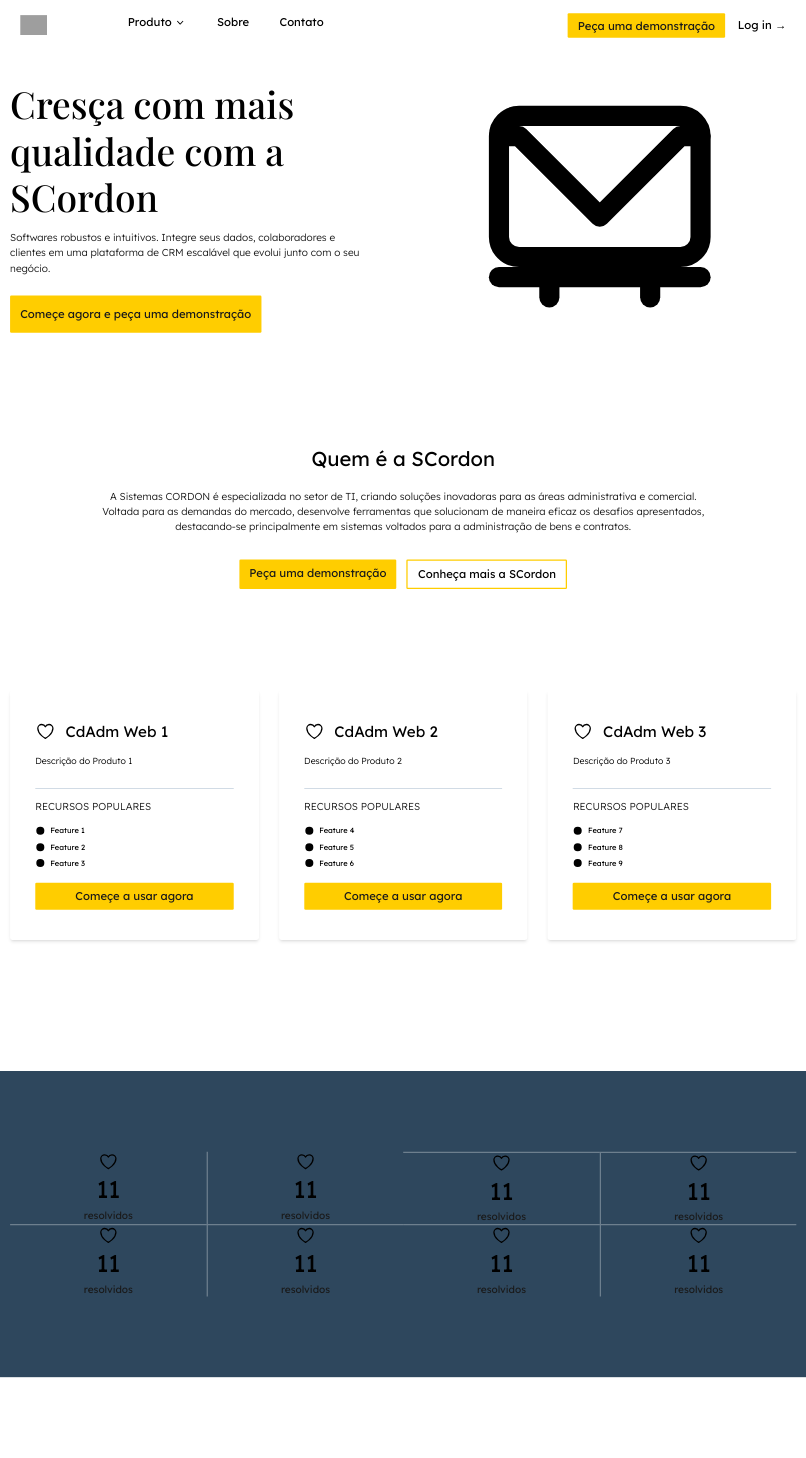
Repository: VereAbsolutum/site-institucional
Page: /
These files come from the project's save history. The page is drawn as it stood at one moment and after the next save; the edit follows.
The browser window is 1280 px wide. The pictures show the whole page, at 63% of full size.
Pictures or frames that could not be fetched are drawn as grey boxes. The project was rebuilt for these pictures with package versions that can differ from the ones it lists, and the page was loaded fresh each time. Also part of the build but not shown: vite.config.ts, src/presentation/components/buttons/button-base.tsx, src/presentation/components/buttons/button-border-primary.tsx, src/presentation/components/buttons/button-primary.tsx, src/presentation/components/links/link-border-white.tsx, src/presentation/components/typography/heading3.tsx, src/presentation/pages/not-found/notFound.tsx.

Above is the page before, as saved 2023-04-15 22:40:31.

### src/App.tsx
import React from 'react'
import { BrowserRouter, Routes, Route } from "react-router-dom"
import { Home, NotFound } from './presentation/pages'

const App: React.FC = () => {
  return (
    <BrowserRouter >
      <Routes>
        <Route path='/' element={<Home />} />
        <Route path='*' element={<NotFound />} />
      </Routes>
    </BrowserRouter>
  )
}

export default App

### src/index.css
@import url('https://fonts.googleapis.com/css2?family=Lexend+Deca:wght@300;400&family=Manrope:wght@800&family=Playfair+Display:wght@500&display=swap');

@tailwind base;
@tailwind components;
@tailwind utilities;

### src/presentation/pages/index.ts
export { default as Home } from './home/home'
export { default as NotFound } from './not-found/notFound'

### src/presentation/pages/home/home.tsx
import { HeartIcon } from '@heroicons/react/24/outline';
import React from 'react';
import { Header, LinkBorderPrimary, LinkPrimary, TextDisplay, TextHeading1, TextHeading2, TextHeading3, TextMenu, TextParagraph } from '../../components';
import ProductCard from '../../components/card/product-card';
import { productCardData } from './components';

const home: React.FC = () => {
    return (
        <>
            <Header />
            <main>
                <section className='container py-12 mb-12'>
                    <div className='grid grid-cols-1 sm:grid-cols-2'>
                        <div className='grid grid-cols-1 gap-4 order-2 sm:order-1'>
                            <h1>
                                <TextDisplay>
                                    Cresça com mais qualidade com a SCordon
                                </TextDisplay>
                            </h1>
                            <p className='mb-4 pr-12'>
                                <TextParagraph>
                                    Softwares robustos e intuitivos. Integre seus dados, colaboradores e clientes em uma plataforma de CRM escalável que evolui junto com o seu negócio.
                                </TextParagraph>
                            </p>
                            <div>
                                <LinkPrimary className='py-4 block md:inline-block text-center lg:text-left hidden'>
                                    Começe agora e peça uma demonstração
                                </LinkPrimary>
                                <LinkPrimary className='py-4 block md:hidden text-center lg:text-left'>
                                    Peça uma demonstração
                                </LinkPrimary>
                            </div>
                        </div>
                        <div className='flex justify-center items-center order-1 sm:order-2'>
                            <svg xmlns="http://www.w3.org/2000/svg" width="150" height="150" viewBox="0 0 24 24" fill="none" stroke="currentColor" strokeWidth="2" strokeLinecap="round" strokeLinejoin="round" className="w-full h-auto sm:max-w-sm">
                                <rect x="2" y="3" width="20" height="14" rx="2" ry="2"></rect>
                                <path d="M22 5H20L12 13L4 5H2"></path>
                                <line x1="2" y1="19" x2="22" y2="19"></line>
                                <line x1="7" y1="19" x2="7" y2="21"></line>
                                <line x1="17" y1="19" x2="17" y2="21"></line>
                            </svg>
                        </div>
                    </div>
                </section>


                <section className='container py-20'>
                    <div className='text-center lg:px-36'>
                        <h2 className='mb-6'>
                            <TextHeading2>
                                Quem é a SCordon
                            </TextHeading2>
                        </h2>
                        <p className='mb-10'>
                            <TextParagraph>
                                A Sistemas CORDON é especializada no setor de TI, criando soluções inovadoras para as áreas administrativa e comercial. Voltada para as demandas do mercado, desenvolve ferramentas que solucionam de maneira eficaz os desafios apresentados, destacando-se principalmente em sistemas voltados para a administração de bens e contratos.
                            </TextParagraph>
                        </p>

                        <div className='flex flex-col sm:flex-row sm:justify-center gap-4'>
                            <LinkPrimary className='py-2'>
                                <TextMenu>
                                    Peça uma demonstração
                                </TextMenu>
                            </LinkPrimary>
                            <LinkBorderPrimary className='py-2'>
                                <TextMenu>
                                    Conheça mais a SCordon
                                </TextMenu>
                            </LinkBorderPrimary>
                        </div>
                    </div>
                </section>

                <section className='container py-20 mb-32'>
                    <div className='grid grid-cols-1 gap-8 md:grid-cols-2 lg:grid-cols-3'>
                        {productCardData && productCardData.map((data, index) =>
                            <ProductCard key={index} {...data} />
                        )}
                    </div>
                </section>

                {/* <section className='container py-20 mb-32'>
                    <div className='grid grid-cols-2 md:grid-cols-4 gap-6'>
                        <div className='flex flex-col items-center'>
                            <p>
                                <HeartIcon className="w-8 h-auto text-blue-500" />
                            </p>
                            <h3>
                                <TextHeading1>11</TextHeading1>
                            </h3>
                            <p>
                                <TextParagraph className='font-500'>
                                    resolvidos
                                </TextParagraph>
                            </p>
                        </div>

                        <div className='flex flex-col items-center'>
                            <p>
                                <HeartIcon className="w-8 h-auto text-blue-500" />
                            </p>
                            <h3>
                                <TextHeading1>11</TextHeading1>
                            </h3>
                            <p>
                                <TextParagraph className='font-500'>
                                    resolvidos
                                </TextParagraph>
                            </p>
                        </div>

                        <div className='flex flex-col items-center'>
                            <p>
                                <HeartIcon className="w-8 h-auto text-blue-500" />
                            </p>
                            <h3>
                                <TextHeading1>11</TextHeading1>
                            </h3>
                            <p>
                                <TextParagraph className='font-500'>
                                    resolvidos
                                </TextParagraph>
                            </p>
                        </div>

                        <div className='flex flex-col items-center'>
                            <p>
                                <HeartIcon className="w-8 h-auto text-blue-500" />
                            </p>
                            <h3>
                                <TextHeading1>11</TextHeading1>
                            </h3>
                            <p>
                                <TextParagraph className='font-500'>
                                    resolvidos
                                </TextParagraph>
                            </p>
                        </div>

                        <div className='flex flex-col items-center'>
                            <p>
                                <HeartIcon className="w-8 h-auto text-blue-500" />
                            </p>
                            <h3>
                                <TextHeading1>11</TextHeading1>
                            </h3>
                            <p>
                                <TextParagraph className='font-500'>
                                    resolvidos
                                </TextParagraph>
                            </p>
                        </div>

                        <div className='flex flex-col items-center'>
                            <p>
                                <HeartIcon className="w-8 h-auto text-blue-500" />
                            </p>
                            <h3>
                                <TextHeading1>11</TextHeading1>
                            </h3>
                            <p>
                                <TextParagraph className='font-500'>
                                    resolvidos
                                </TextParagraph>
                            </p>
                        </div>

                        <div className='flex flex-col items-center'>
                            <p>
                                <HeartIcon className="w-8 h-auto text-blue-500" />
                            </p>
                            <h3>
                                <TextHeading1>11</TextHeading1>
                            </h3>
                            <p>
                                <TextParagraph className='font-500'>
                                    resolvidos
                                </TextParagraph>
                            </p>
                        </div>

                        <div className='flex flex-col items-center'>
                            <p>
                                <HeartIcon className="w-8 h-auto text-blue-500" />
                            </p>
                            <h3>
                                <TextHeading1>11</TextHeading1>
                            </h3>
                            <p>
                                <TextParagraph className='font-500'>
                                    resolvidos
                                </TextParagraph>
                            </p>
                        </div>
                    </div>
                </section> */}


                <section className="container py-20 mb-32 py-32 bg-blue">
                    <div className="grid grid-cols-2 md:grid-cols-4">
                        {Array.from({ length: 8 }, (_, i) => (
                            <div
                                key={i}
                                className={`flex flex-col items-center border-white border-opacity-30 ${i % 2 !== 0 ? "border-l-2" : ""
                                    } ${Math.floor(i / 2) !== 0 ? "border-t-2" : ""}`}
                            >
                                <p>
                                    <HeartIcon className="w-8 h-auto text-blue-500" />
                                </p>
                                <h3>
                                    <TextHeading1>11</TextHeading1>
                                </h3>
                                <p>
                                    <TextParagraph className="font-500">resolvidos</TextParagraph>
                                </p>
                            </div>
                        ))}
                    </div>
                </section>

            </main>
        </>
    );
};

export default home;

### src/presentation/components/index.ts
export { default as Header } from './header/header'

export { default as ButtonBase } from './buttons/button-base'
export { default as ButtonBorderPrimary } from './buttons/button-border-primary'
export { default as ButtonPrimary } from './buttons/button-primary'

export { default as LinkBase } from './links/link-base'
export { default as LinkPrimary } from './links/link-primary'
export { default as LinkBorderPrimary } from './links/link-border-primary'
export { default as LinkBorderWhite } from './links/link-border-white'

export { default as TextBase } from './typography/text-base'
export { default as TextDisplay } from './typography/display'
export { default as TextHeading1 } from './typography/heading1'
export { default as TextHeading2 } from './typography/heading2'
export { default as TextHeading3 } from './typography/heading3'
export { default as TextParagraph } from './typography/paragraph'
export { default as TextParagraphSmall } from './typography/paragraph-small'
export { default as TextCaption } from './typography/caption'
export { default as TextMenu } from './typography/menu'

export { default as List } from './list/list'

### src/presentation/pages/home/components/index.ts
export * from './product-card-data'

### src/presentation/components/links/link-base.tsx
import React from 'react';

export type LinkBaseProps = React.AnchorHTMLAttributes<HTMLAnchorElement> & {
    className?: string;
};

const linkBase: React.FC<LinkBaseProps> = ({ children, className, ...rest }) => {
    const baseClasses =
        'duration-500 ease-in-out font-semibold cursor-pointer rounded-sm hover:bg-blue-700 focus:outline-none focus:ring-2 focus:ring-blue-400 focus:ring-opacity-75';

    return (
        <a className={`${baseClasses} ${className}`} {...rest}>
            {children}
        </a>
    );
};

export default linkBase;

### src/presentation/components/links/link-primary.tsx
// FilledButton.tsx
import React from 'react';
import { LinkBase } from '..';
import { LinkBaseProps } from './link-base';

const linkPrimary: React.FC<LinkBaseProps> = ({ className, ...rest }) => {
    const baseClasses = 'px-4 py-1 text-lg font-400 text-black duration-100 bg-yellow hover:bg-opacity-40 ';

    return <LinkBase className={`${baseClasses} ${className}`} {...rest} />;
};

export default linkPrimary;

### src/presentation/components/links/link-border-primary.tsx
// FilledButton.tsx
import React from 'react';
import { LinkBase } from '..';
import { LinkBaseProps } from './link-base';

const linkBorderPrimary: React.FC<LinkBaseProps> = ({ className, ...rest }) => {
    const baseClasses = 'px-4 py-1 hover:bg-yellow-300 duration-500 ease-in-out border border-solid border-2 border-yellow bg-transparent border text-blue-500';

    return <LinkBase className={`${baseClasses} ${className}`} {...rest} />;
};

export default linkBorderPrimary;

### src/presentation/components/typography/text-base.tsx
import React from 'react';

export type TextBaseProps = React.HTMLAttributes<HTMLSpanElement> & {
    className?: string;
};

const textBase: React.FC<TextBaseProps> = ({ children, className, ...rest }) => {
    const baseClasses = '';

    return (
        <span className={`${baseClasses} ${className}`} {...rest}>
            {children}
        </span>
    );
};

export default textBase;

### src/presentation/components/typography/display.tsx
import React from 'react';
import { TextBase } from '..';
import { TextBaseProps } from './text-base';

const textDisplay: React.FC<TextBaseProps> = ({ children, className, ...rest }) => {
    const baseClasses = 'text-[2.25rem] lg:text-3xl sm:pr-2 font-medium leading-tight font-display';

    return (
        <TextBase className={`${baseClasses} ${className}`} {...rest}>
            {children}
        </TextBase>
    );
};

export default textDisplay;

### src/presentation/components/typography/heading1.tsx
import React from 'react';
import { TextBase } from '..';
import { TextBaseProps } from './text-base';

const textHeading1: React.FC<TextBaseProps> = ({ children, className, ...rest }) => {
    const baseClasses = 'text-2xl font-semibold';

    return (
        <TextBase className={baseClasses}>
            {children}
        </TextBase>
    );
};

export default textHeading1;

### src/presentation/components/typography/heading2.tsx
import React from 'react';
import { TextBase } from '..';
import { TextBaseProps } from './text-base';

const textHeading2: React.FC<TextBaseProps> = ({ children, className, ...rest }) => {
    const baseClasses = 'text-xxl font-semibold';

    return (
        <TextBase className={baseClasses}>
            {children}
        </TextBase>
    );
};

export default textHeading2;

### src/presentation/components/typography/paragraph.tsx
import React from 'react';
import { TextBase } from '..';
import { TextBaseProps } from './text-base';

const textParagraph: React.FC<TextBaseProps> = ({ children, className, ...rest }) => {
    const baseClasses = 'text-base font-300 text-black';

    return (
        <TextBase className={`${baseClasses} ${className}`} {...rest}>
            {children}
        </TextBase>
    );
};

export default textParagraph;

### src/presentation/components/typography/paragraph-small.tsx
import React from 'react';
import { TextBase } from '..';
import { TextBaseProps } from './text-base';

const textParagraphSmall: React.FC<TextBaseProps> = ({ children, className, ...rest }) => {
    const baseClasses = 'text-sm font-300';

    return (
        <TextBase className={baseClasses} {...rest}>
            {children}
        </TextBase>
    );
};

export default textParagraphSmall;

### src/presentation/components/typography/caption.tsx
import React from 'react';
import { TextBase } from '..';
import { TextBaseProps } from './text-base';

const textCapiton: React.FC<TextBaseProps> = ({ children, className, ...rest }) => {
    const baseClasses = 'text-xs font-500';

    return (
        <TextBase className={baseClasses} {...rest}>
            {children}
        </TextBase>
    );
};

export default textCapiton;

### src/presentation/components/typography/menu.tsx
import React from 'react';
import { TextBase } from '..';
import { TextBaseProps } from './text-base';

const textMenu: React.FC<TextBaseProps> = ({ children, className, ...rest }) => {
    const baseClasses = 'text-lg font-500';

    return (
        <TextBase className={`${baseClasses} ${className}`} {...rest}>
            {children}
        </TextBase>
    );
};

export default textMenu;

### src/presentation/components/list/list.tsx
import React, { ReactNode } from 'react'
import { TextCaption } from '..'
import { Item } from './components'

export type ListProps = {
    items: string[]
}

const List: React.FC<ListProps> = ({ items }) => {
    return (
        <ul>
            {items && items.map((item, index) =>
                <Item key={index} value={item} />
            )}
        </ul>
    )
}

export default List

### src/presentation/pages/home/components/product-card-data.ts
import { ProductCardProps } from "../../../components/card/product-card";

export const productCardData: ProductCardProps[] = [
    {
        imageUrl: 'https://example.com/image1.jpg',
        title: 'CdAdm Web 1',
        description: 'Descrição do Produto 1',
        features: ['Feature 1', 'Feature 2', 'Feature 3'],
        ctaText: 'Começe a usar agora',
        ctaHref: '/get-started-1',
    },
    {
        imageUrl: 'https://example.com/image2.jpg',
        title: 'CdAdm Web 2',
        description: 'Descrição do Produto 2',
        features: ['Feature 4', 'Feature 5', 'Feature 6'],
        ctaText: 'Começe a usar agora',
        ctaHref: '/get-started-2',
    },
    {
        imageUrl: 'https://example.com/image3.jpg',
        title: 'CdAdm Web 3',
        description: 'Descrição do Produto 3',
        features: ['Feature 7', 'Feature 8', 'Feature 9'],
        ctaText: 'Começe a usar agora',
        ctaHref: '/get-started-3',
    },
];

### src/presentation/components/header/components/index.ts
export { default as MobileMenu } from './mobile-menu'
export { default as MainMenu } from './main-menu'

### src/presentation/components/list/components/index.ts
export { default as Item } from './item'

### src/presentation/components/list/components/item.tsx
import React, { ReactNode } from 'react';
import { TextCaption } from '../..';

export type Item = {
    value: ReactNode
}

const item: React.FC<Item> = ({ value }) => {
    return (
        <li className='list-none flex items-center mb-1'>
            <svg className="w-4 h-4 mr-2 text-green-500 h-[1.35rem]" viewBox="0 0 20 20" fill="currentColor">
                <path d="M10 18a8 8 0 100-16 8 8 0 000 16zm1-13a1 1 0 10-2 0v4a1 1 0 00.293.707l2.828 2.829a1 1 0 101.415-1.415L11 9.586V5z"></path>
            </svg>
            <TextCaption>
                {value}
            </TextCaption>
        </li>
    );
};

export default item;

Loaded but not shown: index.html (common file); src/main.tsx (common file); tailwind.config.js (53 lines, source omitted); src/presentation/components/header/components/mobile-menu.tsx (118 lines, source omitted); src/presentation/components/header/components/main-menu.tsx (79 lines, source omitted); src/presentation/components/header/header.tsx (86 lines, source omitted); src/presentation/components/card/product-card.tsx (48 lines, source omitted)

After the next save:
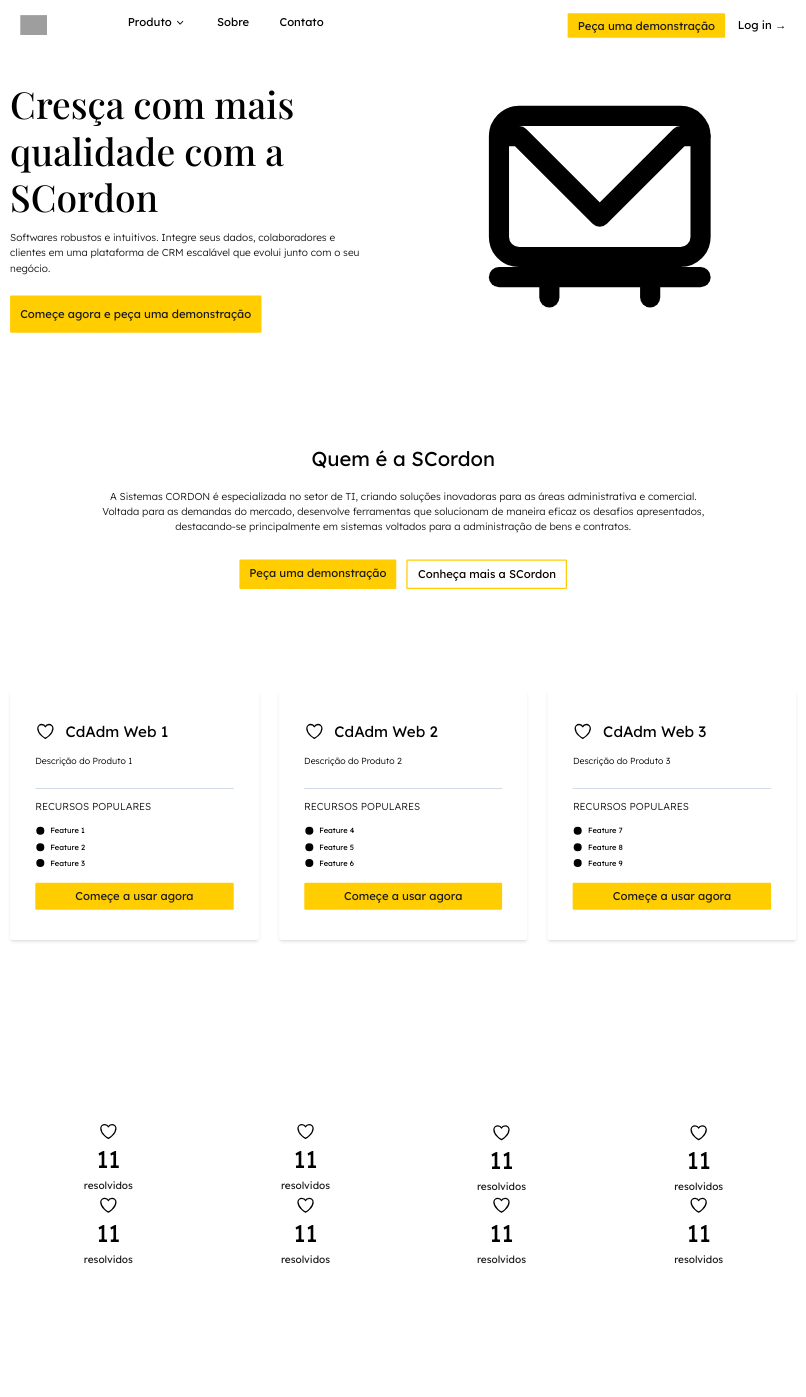
Saved 4 min 20 s later.
--- a/src/presentation/pages/home/home.tsx
+++ b/src/presentation/pages/home/home.tsx
@@ -197,13 +197,13 @@ const home: React.FC = () => {
                 </section> */}
 
 
-                <section className="container py-20 mb-32 py-32 bg-blue">
-                    <div className="grid grid-cols-2 md:grid-cols-4">
+                <section className="container py-20 mb-32">
+                    <div className="grid grid-cols-2 md:grid-cols-4 gap-0">
                         {Array.from({ length: 8 }, (_, i) => (
                             <div
                                 key={i}
-                                className={`flex flex-col items-center border-white border-opacity-30 ${i % 2 !== 0 ? "border-l-2" : ""
-                                    } ${Math.floor(i / 2) !== 0 ? "border-t-2" : ""}`}
+                                className={`flex flex-col items-center ${i % 2 !== 0 ? "border-l-2" : ""
+                                    } ${Math.floor(i / 2) !== 0 ? "border-t-2" : ""} border-white border-opacity-30`}
                             >
                                 <p>
                                     <HeartIcon className="w-8 h-auto text-blue-500" />
@@ -219,6 +219,7 @@ const home: React.FC = () => {
                     </div>
                 </section>
 
+
             </main>
         </>
     );
